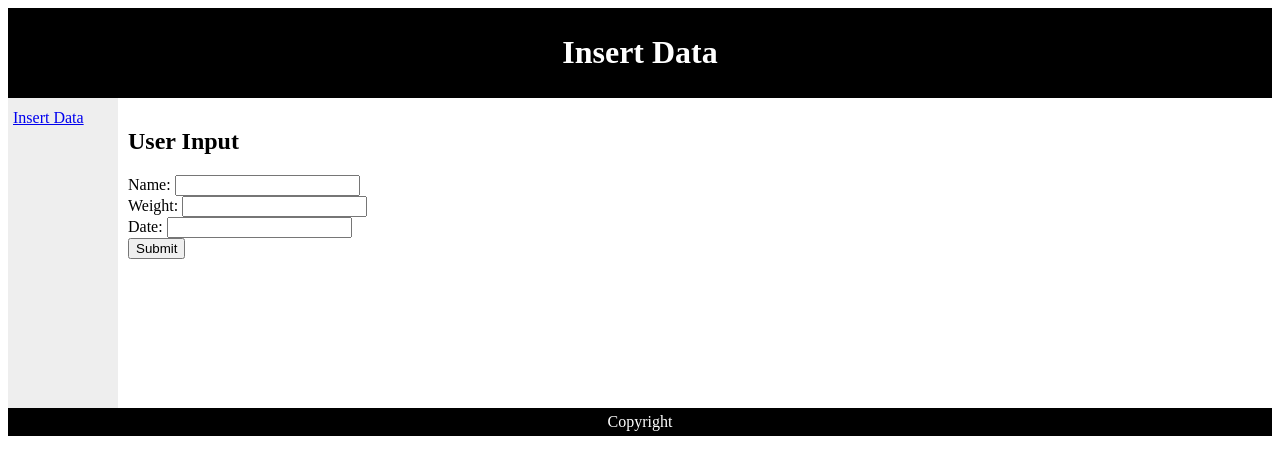
Repository: wthompson2/SoftwareEngineering4830
Page: WeightWatcherWebsiteThompson/WebContent/insert_thompson.html
The author's editor kept a copy of each file at every save. The page is drawn from the files as they stood at one save, then again after the next save.
The browser window is 1280 px wide. The pictures show the whole page.

Above is the page before, as saved 2020-02-27 02:46:52.

After the next save:
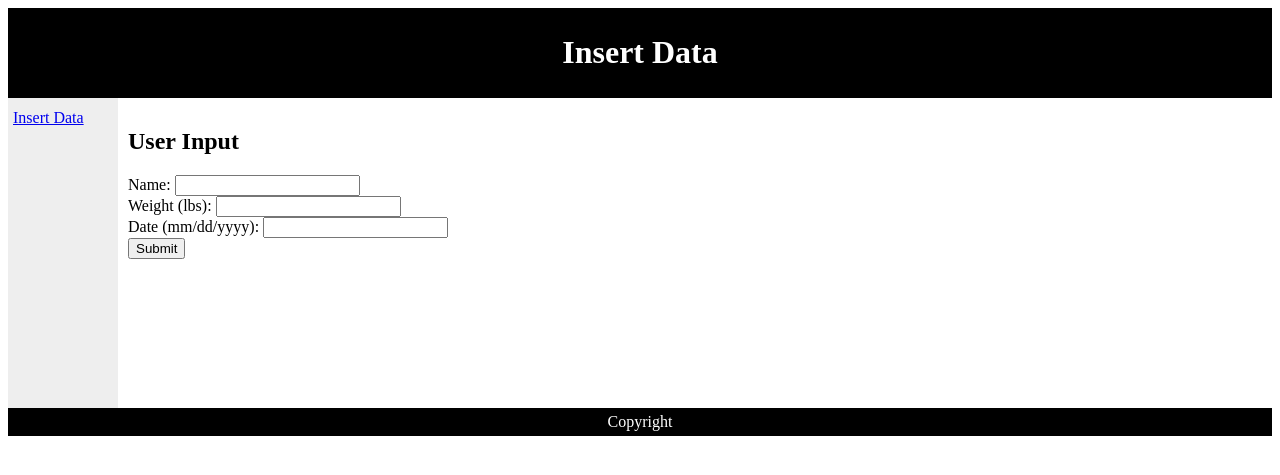
Saved 29 s later.
--- a/WeightWatcherWebsiteThompson/WebContent/insert_thompson.html
+++ b/WeightWatcherWebsiteThompson/WebContent/insert_thompson.html
@@ -45,8 +45,8 @@ footer {
 	<form action="InsertThompson" method="POST">
 
 		Name: <input type="text" name="name"> <br />
-		Weight: <input type="text" name="weight"> <br />
-		Date: <input type="text" name="date"> <br />
+		Weight (lbs): <input type="text" name="weight"> <br />
+		Date (mm/dd/yyyy): <input type="text" name="date"> <br />
 
 		<input type="submit" value="Submit" />
 	</form>
